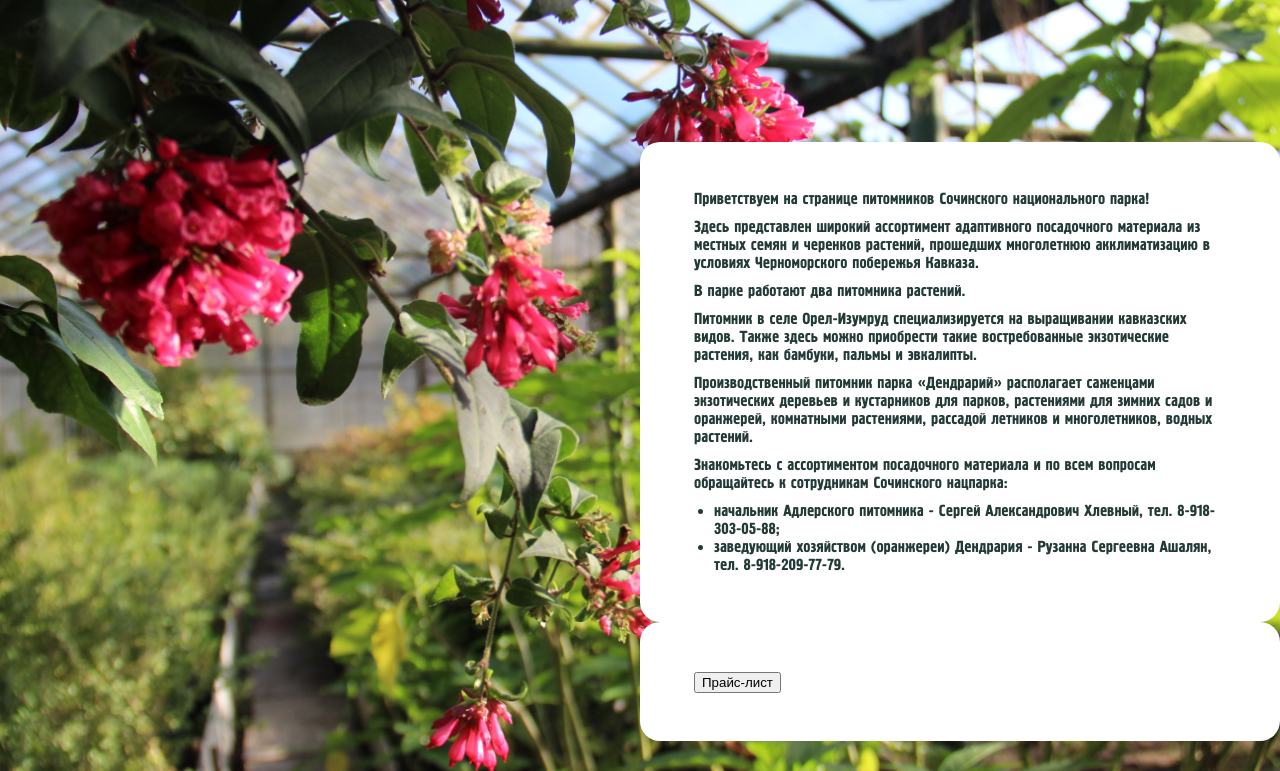
Repository: sem1103/np-sochi
Page: index.html
These files come from the project's save history. The page is drawn as it stood at one moment and after the next save; the edit follows.
The browser window is 1280 px wide. The pictures show the whole page.

Above is the page before, as saved 2024-01-17 20:00:28.

After the next save:
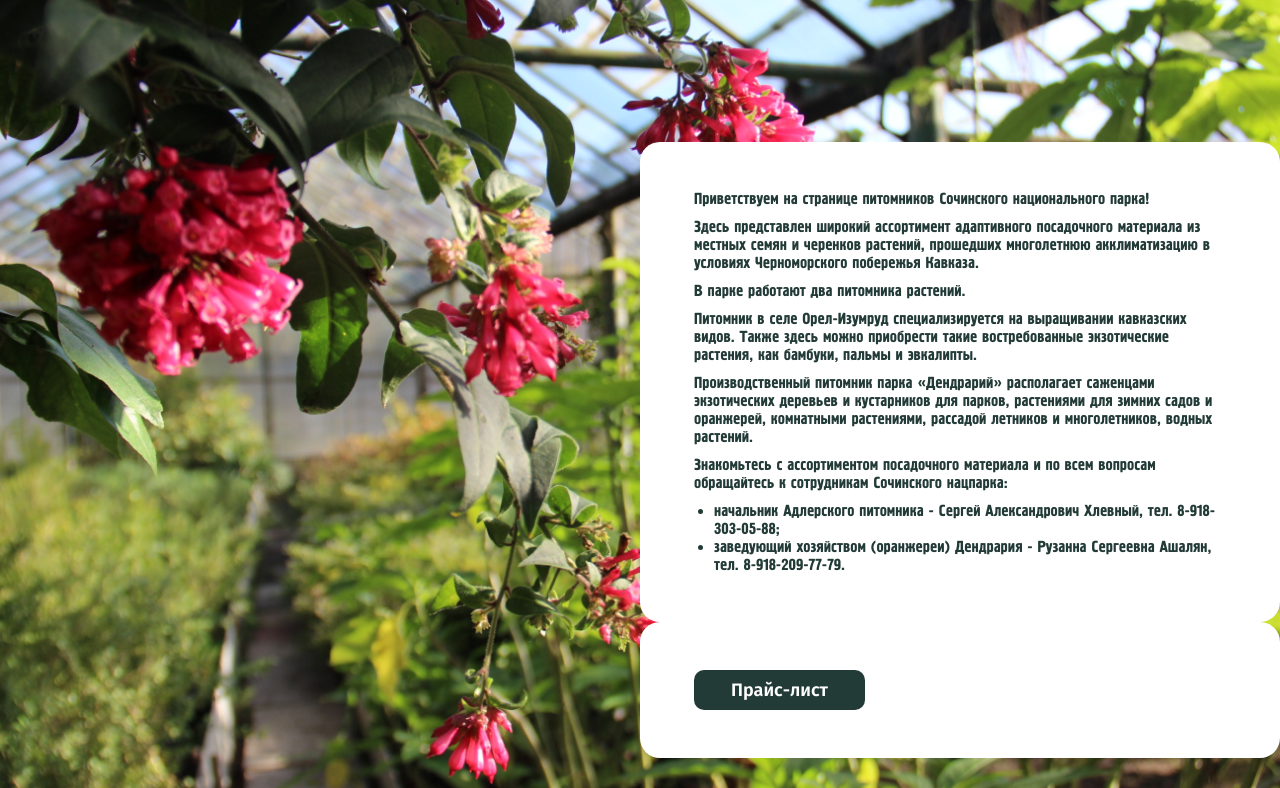
Saved 5 s later.
--- a/styles/main.css
+++ b/styles/main.css
@@ -35,7 +35,7 @@ li{
     list-style: disc;
     margin: 0 0 0 20px;
 }
-.price__list{
+.price__list button{
     padding: 9px 37px;
     font: 600 18px 'Fira Sans';
     margin: 0;
